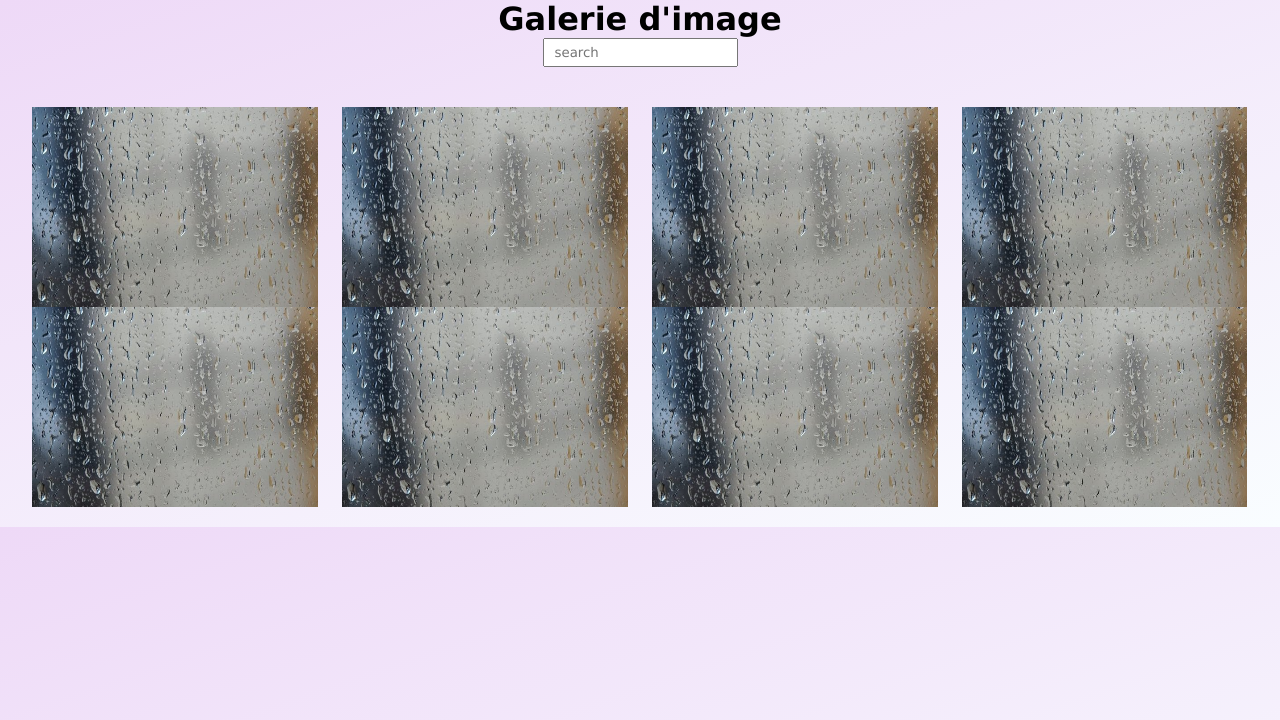
Repository: Chaimaa482/web2-tp3
Page: exo1_responsive.html
An editor plug-in stored every save of this project. The page is shown before and after the next save, followed by the edit.
The browser window is 1280 px wide. The pictures show the whole page.

Above is the page before, as saved 2024-02-20 21:00:39.

After the next save:
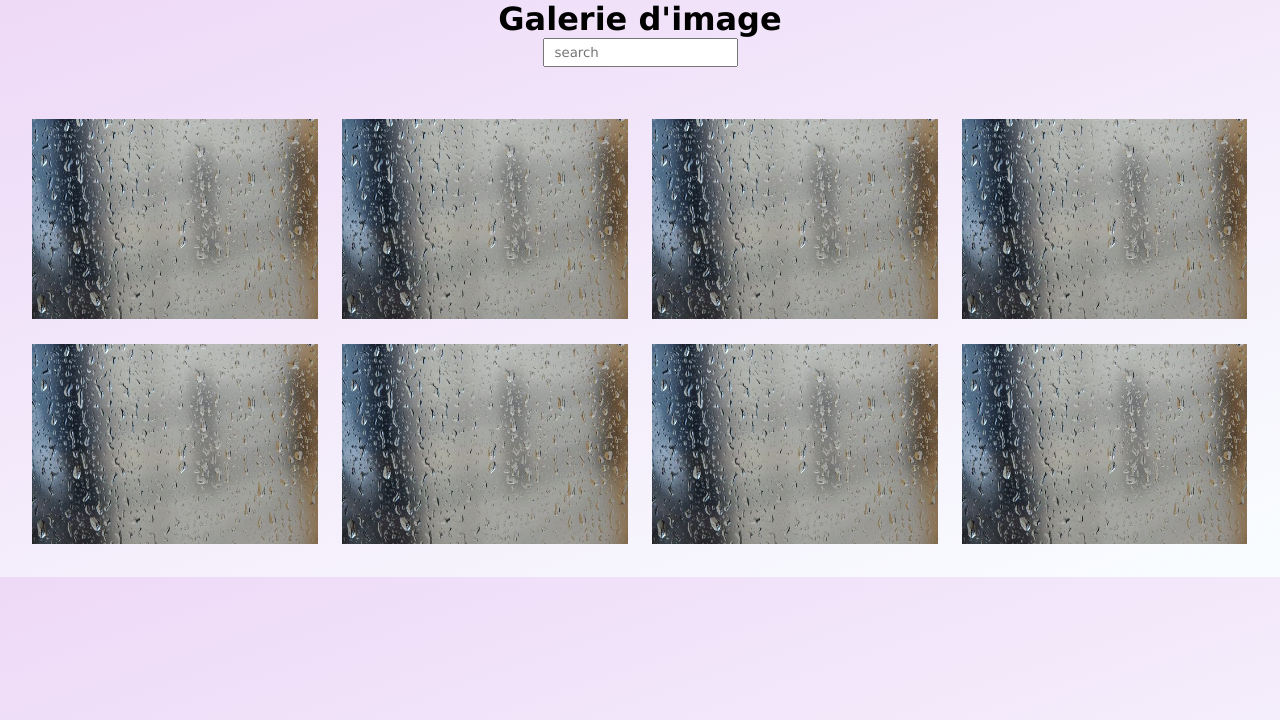
Saved 60 s later.
--- a/exo1_responsive.html
+++ b/exo1_responsive.html
@@ -41,6 +41,7 @@
         padding: 5px 10px;
       }
 
+
       @media (max-width: 600px) {
   .images {
     justify-content: center;
@@ -61,7 +62,7 @@
 @media (min-width: 901px) {
   img {
     width: 23%; /* Display four pictures per row */
-    margin: 0 1%; /* Add some space between images */
+    margin: 1% 1%; /* Add some space between images */
   }
 }
 
